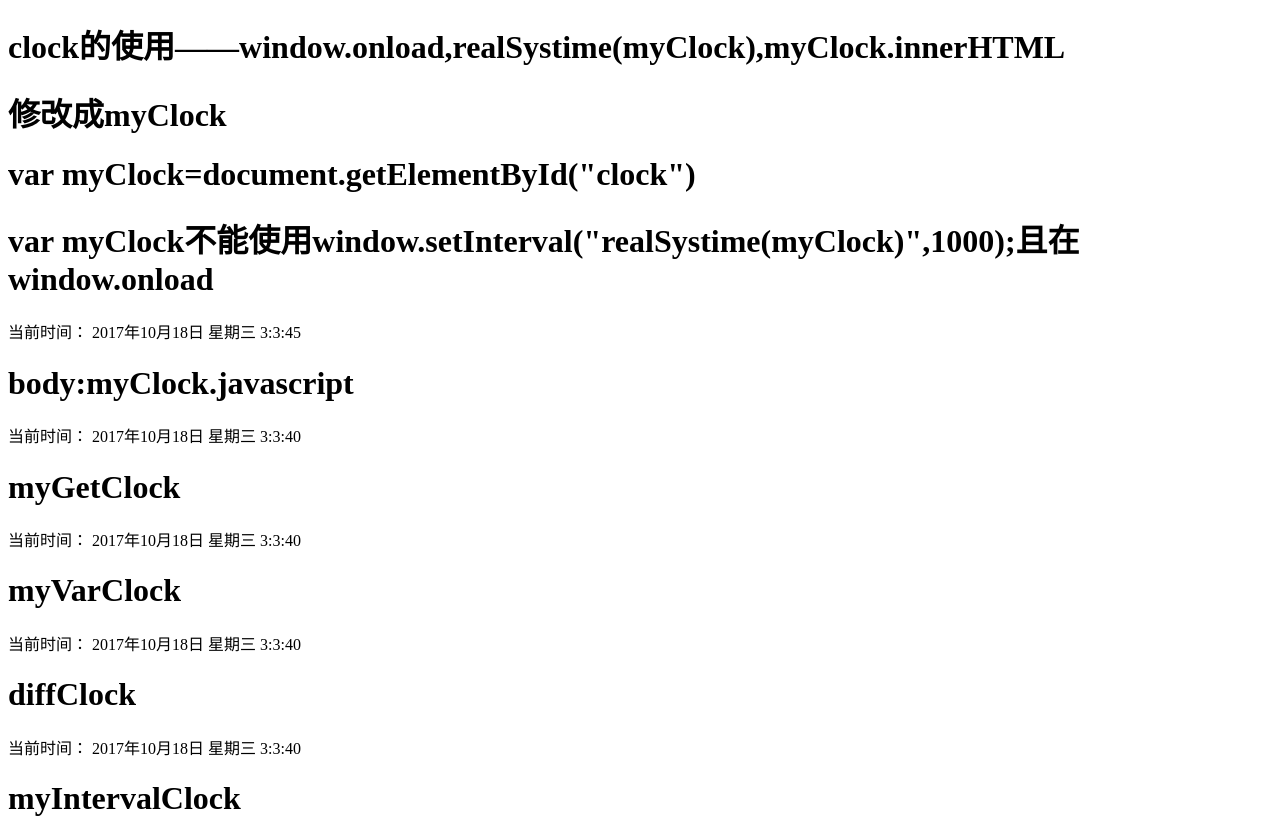
Repository: bookFireFly/bookFireFly
Page: JavaScriptMingriBook/Main/10实时显示系统时间.html
The author's editor kept a copy of each file at every save. The page is drawn from the files as they stood at one save, then again after the next save.
The browser window is 1280 px wide. The pictures show the whole page.

Above is the page before, as saved 2017-10-20 09:57:20.

After the next save:
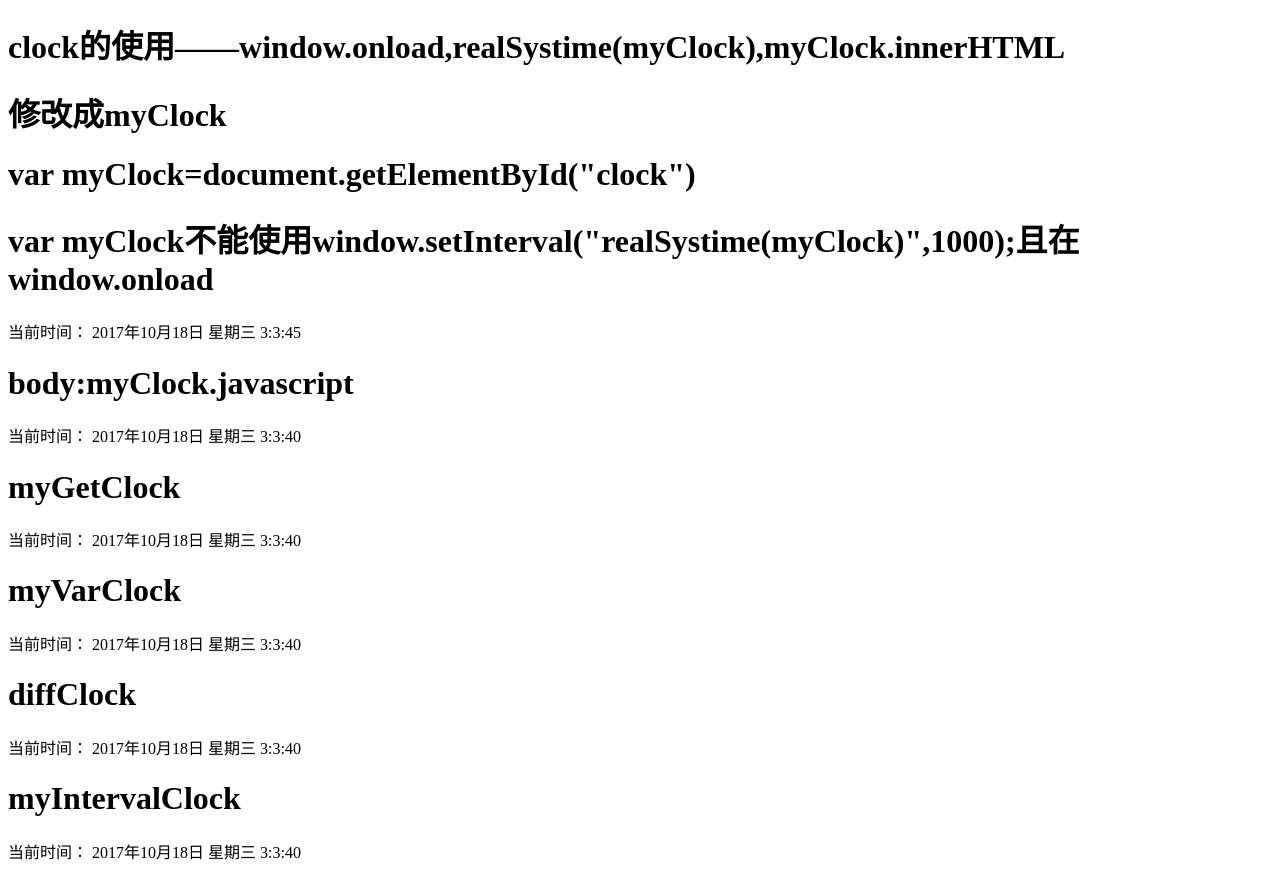
Saved 54 s later.
--- a/JavaScriptMingriBook/Main/10实时显示系统时间.html
+++ b/JavaScriptMingriBook/Main/10实时显示系统时间.html
@@ -54,5 +54,9 @@ window.onload=function(){
 </script>
 <h1>myIntervalClock</h1>
 <div id="myIntervalClock"></div>
+<script type="text/javascript">
+	var myGetIntervalClock=document.getElementById("myIntervalClock");
+	realSystime(myGetIntervalClock);
+</script>
 </body>
 </html>
